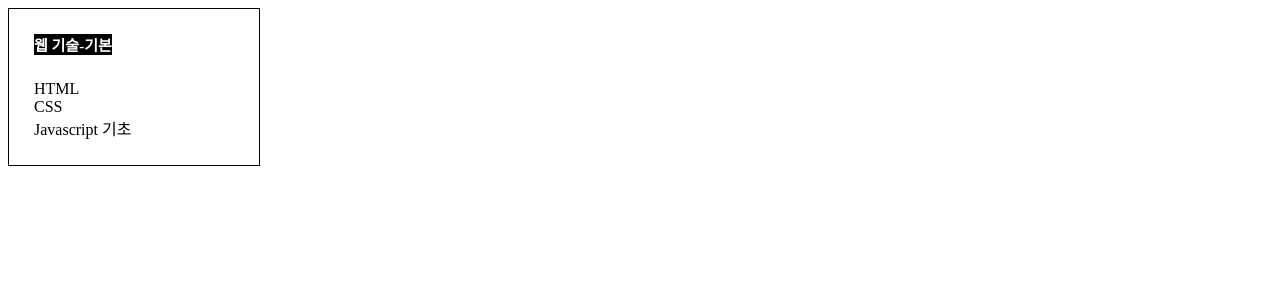
Repository: dudadab/Hhyundaiezwel_Academy
Page: CSS01/src/main/webapp/test1.html
An editor plug-in stored every save of this project. The page is shown before and after the next save, followed by the edit.
The browser window is 1280 px wide. The pictures show the whole page.

Above is the page before, as saved 2025-07-02 06:24:51.

### CSS01/src/main/webapp/test1.html
<!DOCTYPE html>
<html>
<head>
<meta charset="UTF-8">
<title>Insert title here</title>
	<style type="text/css">
		.box {
    		border:solid 1px #000;
    		padding:25px;
    		width:200px;
    	}
    	.box h1 {
    		background-color:black;
    		color:white;
    		font-size:15px;
    		padding: 8pxl 12px;
    		margin: 0 0 25px 0;
    		display:inline-block;
    	}
    	.box ul{
    		list-style-type:none;
    		padding:0;
    		margin:0;
    		gap:20px;
    	}


	</style>
</head>
<body>
	<div class="box">
		<h1>웹 기술-기본</h1>
		<ul>
			<li id="HTML">HTML</li>
			<li id="CSS">CSS</li>
			<li id="Javascript">Javascript 기초</li>
		</ul>
	</div>
</body>
</html>

After the next save:
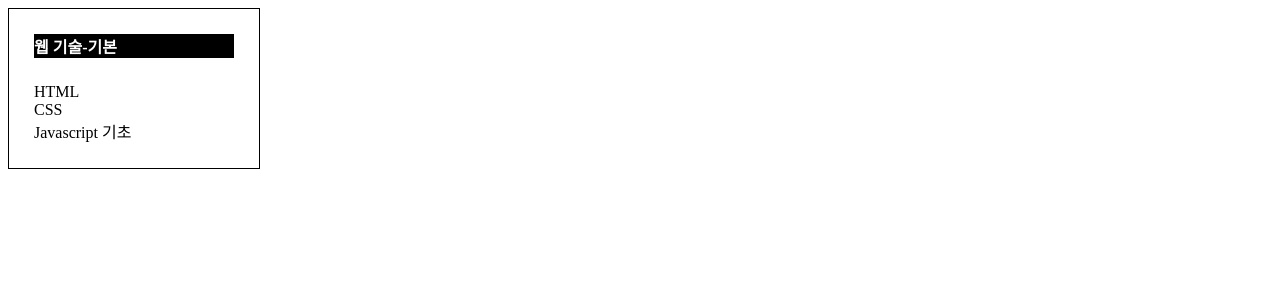
Saved 16 s later.
--- a/CSS01/src/main/webapp/test1.html
+++ b/CSS01/src/main/webapp/test1.html
@@ -12,10 +12,10 @@
     	.box h1 {
     		background-color:black;
     		color:white;
-    		font-size:15px;
+    		font-size:16px;
     		padding: 8pxl 12px;
     		margin: 0 0 25px 0;
-    		display:inline-block;
+
     	}
     	.box ul{
     		list-style-type:none;
